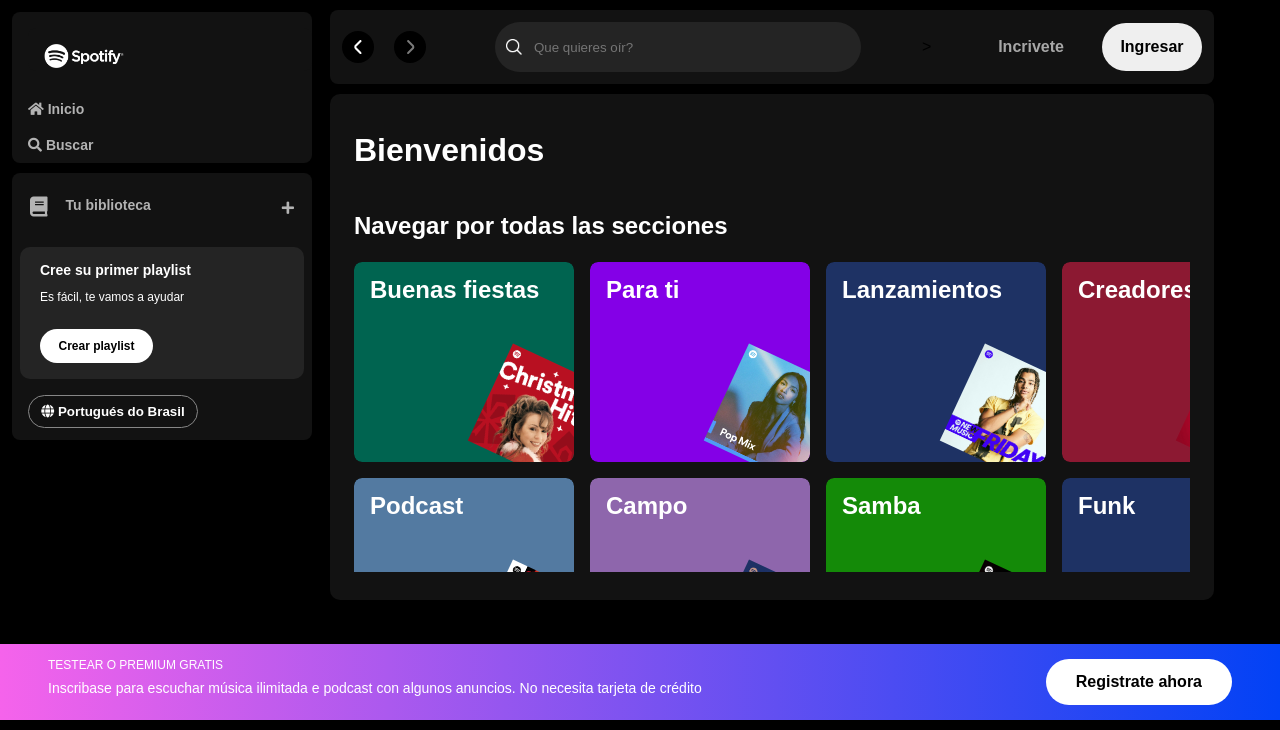
Repository: AnaFzCz/PROYECTO-SPOTIFY
Page: index.html
An editor plug-in stored every save of this project. The page is shown before and after the next save, followed by the edit.
The browser window is 1280 px wide. The pictures show the whole page.

Above is the page before, as saved 2025-01-31 15:30:47.

After the next save:
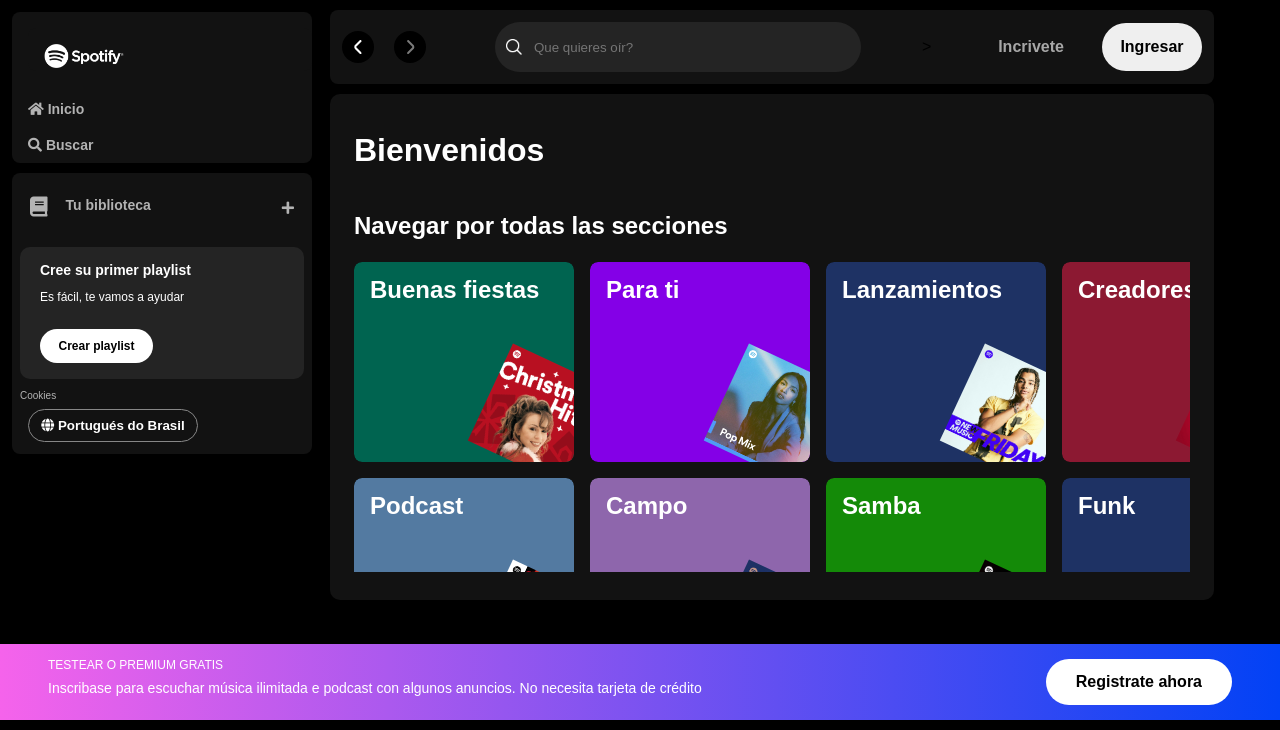
Saved 6 min 8 s later.
--- a/index.html
+++ b/index.html
@@ -66,7 +66,7 @@
                 </div>
             </section>
             <div class="cookies">
-                <a href=""></a>
+                <a href="">Cookies</a>
             </div>
             <div class="lenguajes">
                 <button class="lenguajes_button">
@@ -230,7 +230,7 @@
                                 </div>
                             </div>
                             <div class="card-text">
-                                <a title="Fo Fighters" class="vst" href=""></a>
+                                <a title="Foo Fighters" class="vst" href=""></a>
                                 <span class="artist-name" id="artist-name"></span>
                                 <span class="artist-categorie">Artista</span>
                             </div>
@@ -244,9 +244,7 @@
     <footer class="final_pagina">
         <div class="text">
             <p class="final_pagina_titulo">Testear o Premium gratis</p>
-            <p class="final_pagina-subtitulo">Inscribase para escuchar música ilimitada e podcast con algunos anuncios.
-                No
-                necesita tarjeta de crédito</p>
+            <p class="final_pagina-subtitulo">Inscribase para escuchar música ilimitada e podcast con algunos anuncios. No necesita tarjeta de crédito</p>
         </div>
         <div class="button">
             <button type="button">
